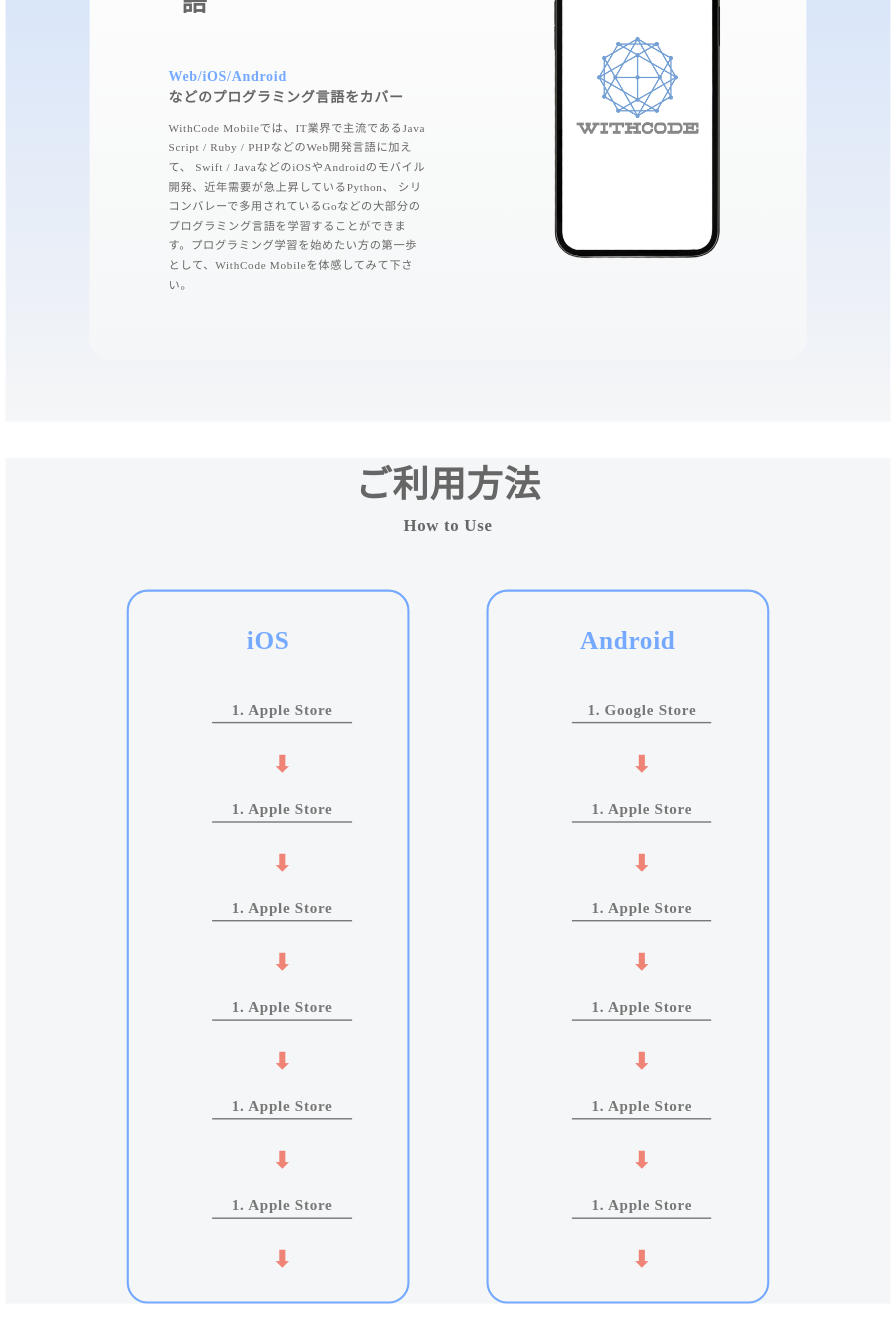
Repository: nozomi-23/LP2
Page: index.html
An editor plug-in stored every save of this project. The page is shown before and after the next save, followed by the edit.
The browser window is 1280 px wide. The pictures show the part of the page from y = 3415 to 5335 px (the page is 5335 px tall), at 70% of full size.

Above is the page before, as saved 2022-06-15 18:17:38.
Not found: css/reset.css

### index.html
<!DOCTYPE html>
<html lang="en">
<head>
  <meta charset="UTF-8">
  <title>プログラミング教材「WithCode」</title>
  <meta name="description" content="「人生をコードと共に」というビジョンを達成するべく、皆さんのプログラミング学習をサポートします。">
  <meta name="keywords" content="IT,プログラミング,コミュニティ">
  <meta name="viewport" content="width=device-width, initial-scale=1.0">
  <meta property="og:title" content="プログラミング教材「WithCode」">
  <meta property="og:type" content="article">
  <meta property="og:url" content="https://withcode-plus.tech">
  <meta property="og:image" content="img/logo.png">
  <meta property="og:description" content="「人生をコードと共に」というビジョンを達成するべく、皆さんのプログラミング学習をサポートします。">
  <meta property="og:site_name" content="プログラミング教材">
  <link rel="icon" href="favicon.ico">
  <link rel="apple-touch-icon" sizes="180x180" href="img/logo.png">
  <link rel="stylesheet" type="text/css" href="css/reset.css">
  <link rel="stylesheet" type="text/css" href="css/common.css">
</head>
<body>
  <!--======================= header -->
  <header>
    <div class="header_inner">
      <a href="#" class="header_logo">
        <img src="img/logo_1.png" alt="ロゴ画像">
      </a>
      <nav class="header_nav">
        <ul>
          <li><a href="#intro">アプリ紹介</a></li>
          <li><a href="#how">ご利用方法</a></li>
          <li><a href="#faq">よくある質問</a></li>
          <li><a href="#news">お知らせ</a></li>
          <li class="contact"><a href="#contact">お問い合わせ</a></li>
        </ul>
      </nav>
    </div>
    <!-- ハンバーガーメニュー CSS64行目〜 -->
    <div class="drawer"></div>
  </header>
  <main>
    <!--======================= top -->
    <section class="top section">
      <div class="inner">
        <div class="top_wrapper">
          <div class="top_left">
            <h1 class="font1">
              <p>WithCode Mobile</p>
              <small>−ゲームでプログラミン学習を−</small>
            </h1>
            <div class="download_wrapper">
              <div class="download_app">
                <a href="https://www.apple.com/jp/app-store/">
                  <img src="img/apple.png" alt="app store">
                </a>
              </div>
              <div class="download_google">
                <a href="https://play.google.com/store/apps?hl=ja&gl=US">
                  <img src="/img/google.png" alt="Google_Play">
                </a>
              </div>
            </div>
          </div>
          <div class="top_right">
            <img src="img/app_img_1.png" alt="スマホ画像">
          </div>
        </div>
      </div>
    </section>
    <!--======================= feature -->
    <section class="feature">
      <div class="inner">
        <h2 class="font2">
          WithCode Mobile<br>ゲームで学習するとは
        </h2>
        <p class="feature_txt">「WithCode
        Mobile」は既存のプログラミング学習には存在しない、ゲームを通じて楽しみながらプログラミングを学習することを可能にします。社会のIT化が進む中で、これまで以上に優秀なIT人材が必須となっています。この社会課題に対して、WithCode
        Mobileはゲームを通じてIT人材を排出していきます。また、楽しみながらの学習を可能にしているので、挫折率を圧倒的に減少させることに成功しています。さあ、新たな手法でプログラミングを学習しましょう！</p>
      </div>
    </section>
    <!--======================= intro -->
    <section class="intro section" id="intro">
      <div class="inner">
        <h3 class="font3">アプリ紹介
          <small>Introduction</small></h3>
        <div class="app_all">
          <div class="app_innre">
            <div class="app_wrapper">
              <div class="app_left">
                <h4 class="font4">多種多様な<br>プログラミング言語</h4>
                <h5 class="font5">
                  <strong>Web/iOS/Android</strong>
                  <br>などのプログラミング言語をカバー
                </h5>
                <p class="descript">WithCode Mobileでは、IT業界で主流であるJavaScript / Ruby / PHPなどのWeb開発言語に加えて、 Swift / JavaなどのiOSやAndroidのモバイル開発、近年需要が急上昇しているPython、
                シリコンバレーで多用されているGoなどの大部分のプログラミング言語を学習することができます。プログラミング学習を始めたい方の第一歩として、WithCode Mobileを体感してみて下さい。</p>
              </div>
              <div class="app_right">
                <img src="img/app_img_2.png" alt="アプリ紹介１">
              </div>
            </div>
          </div>
          <div class="app_innre">
            <div class="app_wrapper reverse_wrapper">
              <div class="app_left raverse_left">
                <h4 class="font4">多種多様な<br>プログラミング言語</h4>
                <h5 class="font5">
                  <strong>Web/iOS/Android</strong>
                  <br>などのプログラミング言語をカバー
                </h5>
                <p class="descript">WithCode Mobileでは、IT業界で主流であるJavaScript / Ruby / PHPなどのWeb開発言語に加えて、 Swift /
                  JavaなどのiOSやAndroidのモバイル開発、近年需要が急上昇しているPython、
                  シリコンバレーで多用されているGoなどの大部分のプログラミング言語を学習することができます。プログラミング学習を始めたい方の第一歩として、WithCode Mobileを体感してみて下さい。</p>
              </div>
              <div class="app_right reverse_right">
                <img src="img/app_img_2.png" alt="アプリ紹介１">
              </div>
            </div>
          </div>
          <div class="app_innre">
            <div class="app_wrapper">
              <div class="app_left">
                <h4 class="font4">多種多様な<br>プログラミング言語</h4>
                <h5 class="font5">
                  <strong>Web/iOS/Android</strong>
                  <br>などのプログラミング言語をカバー
                </h5>
                <p class="descript">WithCode Mobileでは、IT業界で主流であるJavaScript / Ruby / PHPなどのWeb開発言語に加えて、 Swift /
                  JavaなどのiOSやAndroidのモバイル開発、近年需要が急上昇しているPython、
                  シリコンバレーで多用されているGoなどの大部分のプログラミング言語を学習することができます。プログラミング学習を始めたい方の第一歩として、WithCode Mobileを体感してみて下さい。</p>
              </div>
              <div class="app_right">
                <img src="img/app_img_2.png" alt="アプリ紹介１">
              </div>
            </div>
          </div>
        </div>
      </div>
    </section>
        <!--======================= how -->
    <section class="how secton" id="how">
      <div class="inner">
        <h3 class="font3 font3_sub">ご利用方法
          <small>How to Use</small>
        </h3>
        <div class="how_wrapper">
          <div class="how_block">
            <h4 class="font4 font4_sub">iOS</h4>
            <ul class="how_list">
              <li>1. Apple Store</li>
              <p>⬇︎</p>
              <li>1. Apple Store</li>
              <p>⬇︎</p>
              <li>1. Apple Store</li>
              <p>⬇︎</p>
              <li>1. Apple Store</li>
              <p>⬇︎</p>
              <li>1. Apple Store</li>
              <p>⬇︎</p>
              <li>1. Apple Store</li>
              <p>⬇︎</p>
            </ul>
          </div>
          <div class="how_block">
            <h4 class="font4 font4_sub">Android</h4>
            <ul class="how_list">
              <li>1. Google Store</li>
              <p>⬇︎</p>
              <li>1. Apple Store</li>
              <p>⬇︎</p>
              <li>1. Apple Store</li>
              <p>⬇︎</p>
              <li>1. Apple Store</li>
              <p>⬇︎</p>
              <li>1. Apple Store</li>
              <p>⬇︎</p>
              <li>1. Apple Store</li>
              <p>⬇︎</p>
            </ul>
          </div>
        </div>
      </div>
    </section>
  </main>
</body>
</html>

### css/common.css
@charset "UTF-8";

body {
  font-size: 18px;
  line-height: 1;
  letter-spacing: 1px;
  word-break: break-all;
  color: #666;
}

a {
  text-decoration: none;
  color: #666;
}

li {
  list-style: none;
}
/* ===================
header
=======================*/
.header_inner {
  display: flex;
  justify-content: space-between;
  align-items: center;
  margin: 1%;
}
.header_logo {
  width: 20%;
}
.header_logo img {
  width: 100%;
  height: 100%;
}
.header_nav {
  width: 70%;
}
.header_nav ul {
  display: flex;
  justify-content: flex-end;
  align-items: center;
}
.header_nav ul li {
  text-align: center;
  font-size: 1.1rem;
  font-weight: bold;
  margin: 0 2%;
}
.header_nav ul li:hover {
  opacity: 0.5;
}
.contact {
  width: 18%;
  background: #75a9ff;
  border-radius: 30px;
  line-height: 3;
}
.contact a {
  color: #fff;
  display: block;
  width: 100%;
  height: 100%;
}
/* ハンバーガーメニュー 要素を不可視にする*/
.drawer {
  visibility: hidden;
}
/* ===================
共通レイアウト
=======================*/
.section {
  padding: 7% 0 ;
  position: relative;
}
.inner {
  width: 90%;
  margin: 0 auto;
}
/* ===================
top
=======================*/
.top_wrapper {
  display: flex;
  justify-content: space-evenly;
  align-items: center;
}
.top_left {
  width: 50%;
}
.font1 {
  font-size: 1.5rem;
  font-weight: bold;
  text-align: center;
}
.font1 p {
  font-size: 3.25rem;
  text-align: center;
  color: #75a9ff;
  line-height: 2;
}
.font1 small {
  font-size: 1.75rem;
  font-weight: bold;
}
.download_wrapper {
  display: flex;
  margin: 5% 0;
}
.download_app {
  width: 50%;
}
.download_app a {
  display: flex;
  justify-content: center;
}
.download_app img {
  width: 60%;
}
.download_google {
  width: 50%;
}
.download_google a {
  display: flex;
  justify-content: center;
}
.download_google img {
  width: 60%;
}
.top_right {
  width: 40%;
}
.top_right img {
  width: 100%;
  height: 100%;
}
/* ===================
feature
=======================*/
.feature {
  width: 75%;
  margin: 0 auto;
}
.font2 {
  font-size: 1.75rem;
  color: #75a9ff;
  line-height: 1.5;
  margin-bottom: 2.5%;
}
.font2::after {
  content: "";
  background: #75a9ff;
  height: 2px;
  width: 10%;
  display: inline-block;
  vertical-align: middle;
  margin-left: 2%;
}
.feature_txt {
  line-height: 1.8;
}
/* ===================
intro
=======================*/
.intro {
  background: linear-gradient(to bottom, #75a9ff, #f5f6f7);
  margin-top: 5%;
}
.font3 {
  font-size: 3.25rem;
  color: #fff;
  text-align: center;
  padding-bottom: 1.5%;
  line-height: 1.5;
}
.font3 small {
  font-size: 1.5rem;
  display: block;
}
.app_all {
  width: 90%;
  margin: 0 auto;
}
.app_innre {
  background: linear-gradient(to bottom, #fff, #f5f6f7);
  border-radius: 30px;
  padding: 7.5% 5%;
  margin-top: 5%;
}
.app_wrapper {
  display: flex;
  justify-content: space-evenly;
  align-items: center;
}
.app_left {
  width: 40%;
}
.font4 {
  font-size: 2.25rem;
  line-height: 1.25;
  padding: 5%;
}
.font5 {
  font-size: 1.25rem;
  margin-bottom: 3%;
  line-height: 1.5;
}
.font5 strong {
  color: #75a9ff;
}
.descript {
  font-size: 1rem;
  line-height: 1.75;
}
.app_right{
  width: 40%;
  display: flex;
  justify-content: flex-end;
}
.app_right img {
  width: 70%;
}
.reverse_wrapper {
  flex-flow: row-reverse;
}
.reverse_right {
  justify-content: flex-start;
}
/* ===================
how
=======================*/
.how {
  background: #f5f6f7;
}
.font3_sub {
  color: #666;
}
.how_wrapper {
  display: flex;
  justify-content: space-evenly;
  align-items: center;
  margin: 5% 0;
}
.how_block {
  width: 35%;
  border: 3px solid #75a9FF;
  border-radius: 30px;
  text-align: center;
}
.font4_sub {
color: #75a9ff;
padding: unset;
font-size: 2.25rem;
}
.how_list {
  display: inline-block;
  width: 50%;
  margin: 3% 0;
}
.how_list li {
  border-bottom: 2.5px solid #777;
  padding: 3%;
  font-size: 1.35rem;
  font-weight: bold;
  color: #777;
}
.how_list p {
  font-size: 2rem;
  padding-top: 5%;
  font-weight: bold;
  color: #e65c;
}

After the next save:
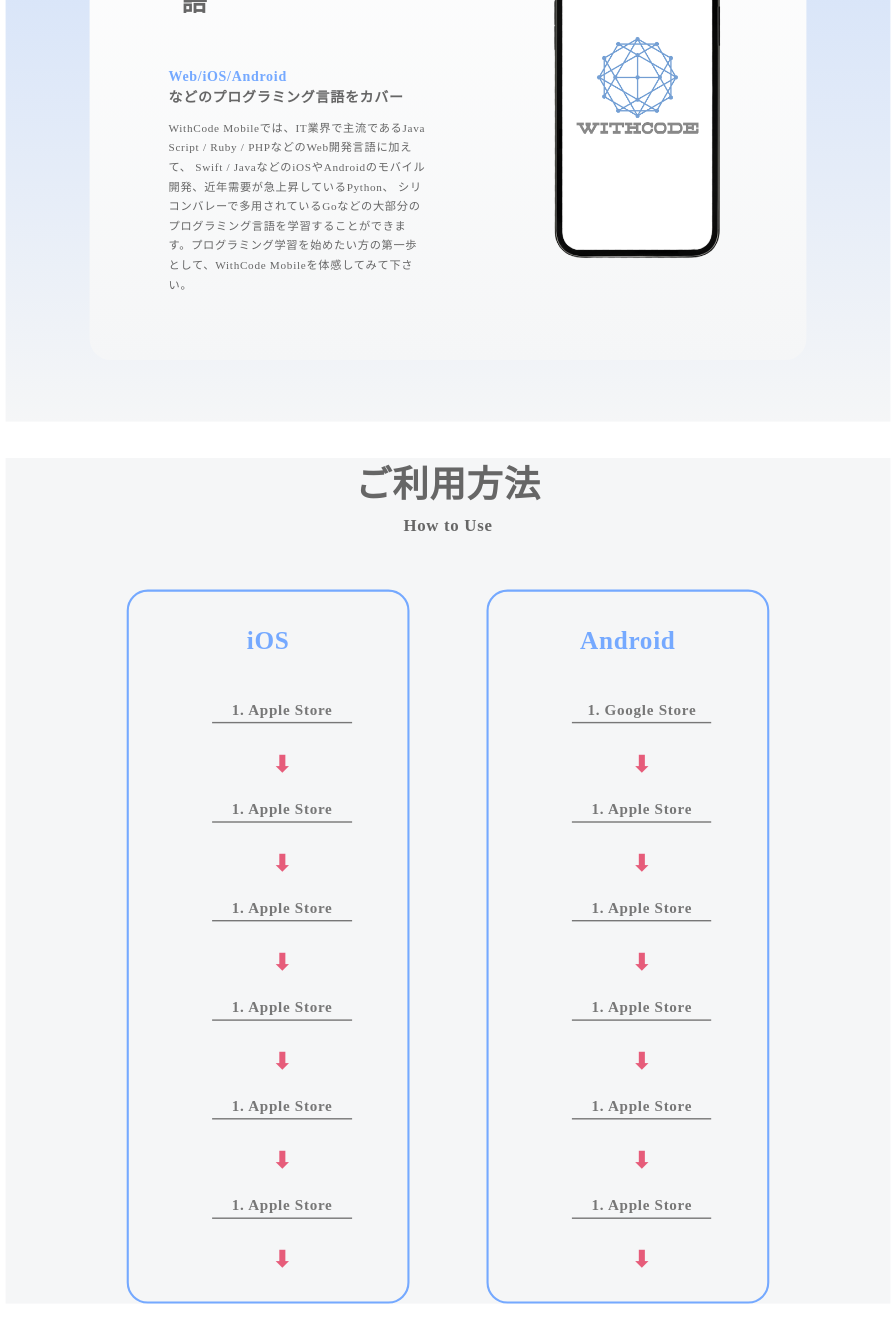
Saved 4 s later.
--- a/css/common.css
+++ b/css/common.css
@@ -267,5 +267,5 @@
   font-size: 2rem;
   padding-top: 5%;
   font-weight: bold;
-  color: #e65c;
-}
+  color: #e65c7a;
+}
